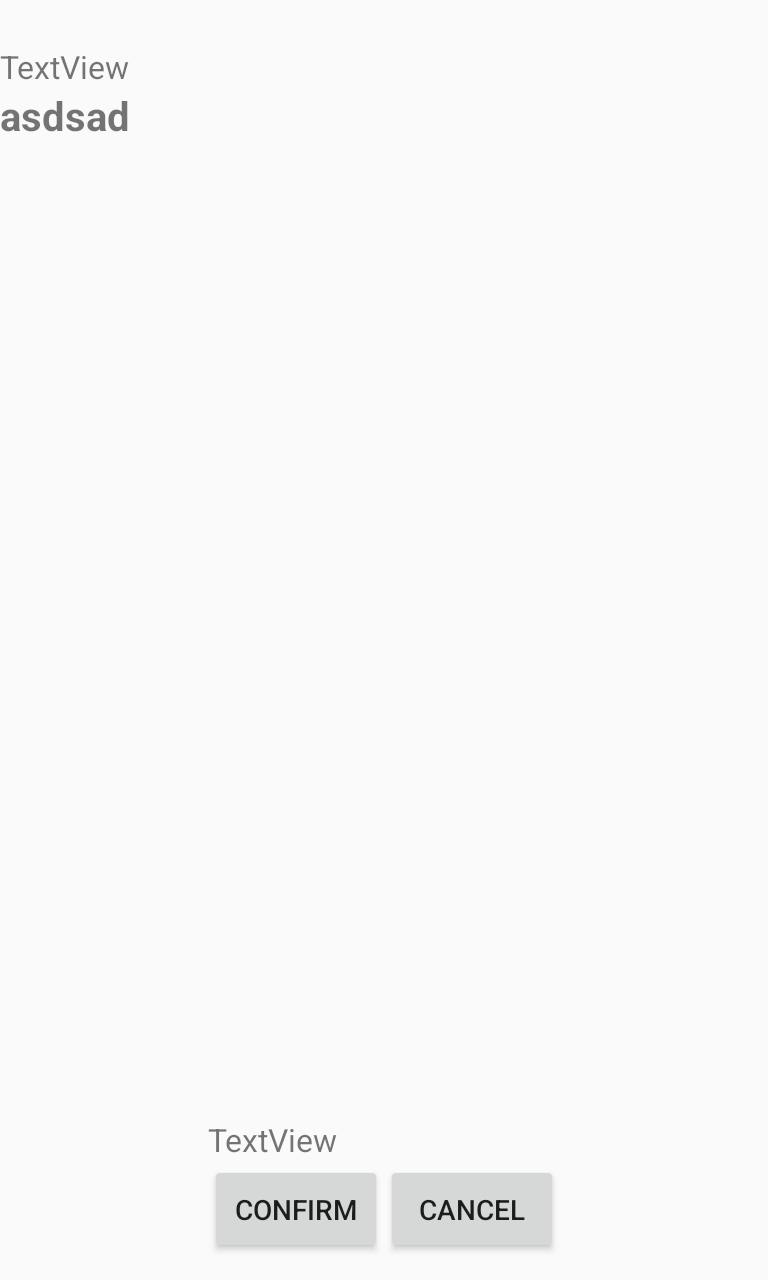
Repository: TeamZhao/Assignment-Tracker
Layout: AssignmentTracker/res/layout/activity_delete_semester_confirmation.xml
An editor plug-in stored every save of this project. The layout is shown before and after the next save, followed by the edit.
It is drawn on a 768 x 1280 px phone screen (xhdpi) without system bars, with theme AppTheme; the app's code is not run.

Above is the layout before, as saved 2014-11-15 06:42:24.

After the next save:
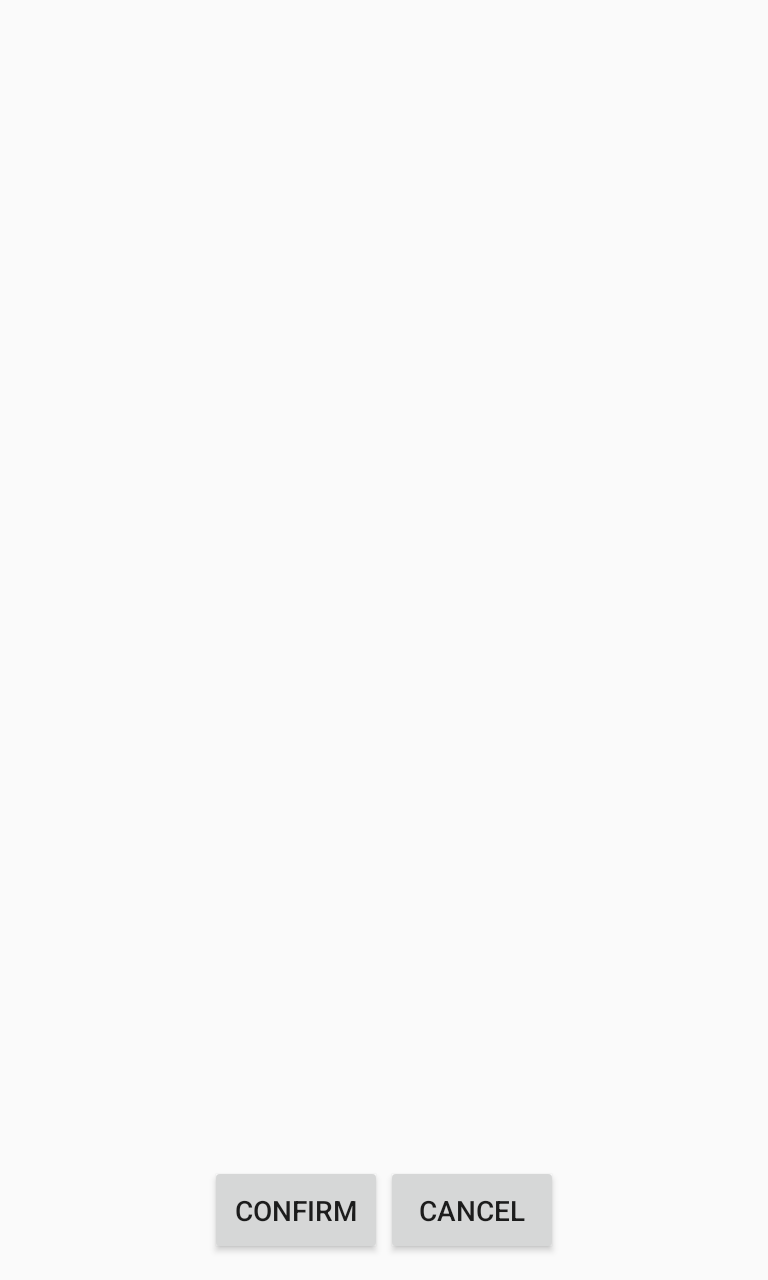
Saved 101 s later.
--- a/AssignmentTracker/res/layout/activity_delete_semester_confirmation.xml
+++ b/AssignmentTracker/res/layout/activity_delete_semester_confirmation.xml
@@ -23,8 +23,9 @@
                 android:id="@+id/textView_SemInfoNotice"
                 android:layout_width="wrap_content"
                 android:layout_height="wrap_content"
-                android:text="TextView"
-                android:textSize="16sp" />
+                android:layout_marginBottom="10dp"
+                android:text=""
+                android:textSize="20sp" />
 
             <TextView
                 android:id="@+id/textView_DisplaySemTitle"
@@ -35,7 +36,7 @@
                 android:scrollbarAlwaysDrawVerticalTrack="true"
                 android:scrollbarStyle="insideOverlay"
                 android:scrollbars="vertical"
-                android:text="asdsad"
+                android:text=""
                 android:textSize="20sp"
                 android:textStyle="bold" />
         </LinearLayout>
@@ -56,7 +57,8 @@
             android:scrollbarAlwaysDrawVerticalTrack="true"
             android:scrollbarStyle="insideOverlay"
             android:scrollbars="vertical"
-            android:text="" />
+            android:text=""
+            android:textSize="16sp"/>
     </TableRow>
 
     <TableRow
@@ -75,8 +77,8 @@
                 android:id="@+id/textView_ContinueNotice"
                 android:layout_width="match_parent"
                 android:layout_height="wrap_content"
-                android:text="TextView"
-                android:textSize="16sp" />
+                android:text=""
+                android:textSize="20sp" />
 
             <LinearLayout
                 android:layout_width="match_parent"
